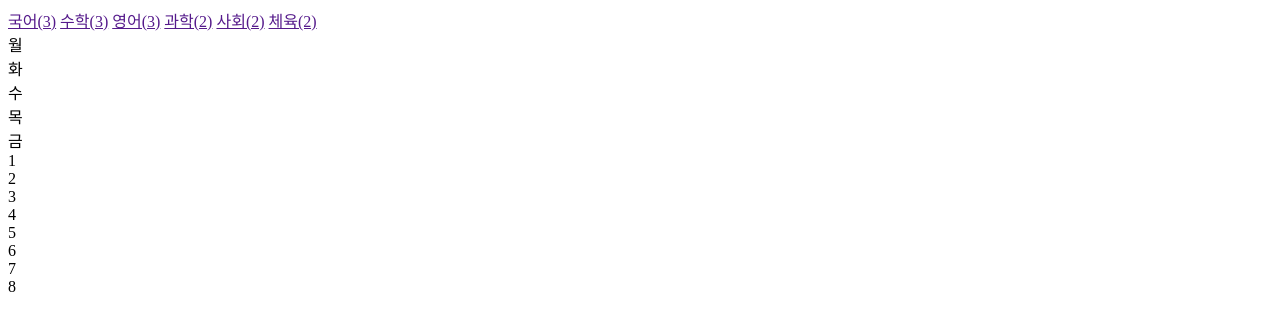
Repository: sh91c/jsp
Page: http://localhost/200701_SCORES/dragndrop/dragndrap_time.jsp
An editor plug-in stored every save of this project. The page is shown before and after the next save, followed by the edit.
The browser window is 1280 px wide. The pictures show the whole page.
Some web libraries are served in a nearby version. The page is served by Tomcat 9. Other server files are loaded and not shown.

Above is the page before, as saved 2020-07-10 06:23:44.

### 200701_SCORES/WebContent/dragndrop/dragndrap_time.jsp
<%@ page language="java" contentType="text/html; charset=UTF-8"
    pageEncoding="UTF-8"%>
<!DOCTYPE html>
<html>
<head>
<meta charset="UTF-8">
<title>Insert title here</title>
<style>
	#wrap{}
	.subrow
</style>
<script src="https://code.jquery.com/jquery-1.12.4.js"></script>
<script src="https://code.jquery.com/ui/1.12.1/jquery-ui.js"></script>
</head>
<body>
	<div id="wrap">
		<div id="subjects" class="subrow">
			<a href="" class="sub">국어(3)</a>
			<a href="" class="sub">수학(3)</a>
			<a href="" class="sub">영어(3)</a>
			<a href="" class="sub">과학(2)</a>
			<a href="" class="sub">사회(2)</a>
			<a href="" class="sub">체육(2)</a>
		</div>
		<div id="time" class="timerow">
			<div class="row">
				<div class="col"></div>
				<div class="col">월</div>
				<div class="col">화</div>
				<div class="col">수</div>
				<div class="col">목</div>
				<div class="col">금</div>
			</div>
			<div class="row">
				<div class="col">1</div>
				<div class="col"></div>
				<div class="col"></div>
				<div class="col"></div>
				<div class="col"></div>
				<div class="col"></div>
			</div>
			<div>
				<div class="col">2</div>
				<div class="col"></div>
				<div class="col"></div>
				<div class="col"></div>
				<div class="col"></div>
				<div class="col"></div>
			</div>
			<div>
				<div class="col">3</div>
				<div class="col"></div>
				<div class="col"></div>
				<div class="col"></div>
				<div class="col"></div>
				<div class="col"></div>
			</div>
			<div>
				<div class="col">4</div>
				<div class="col"></div>
				<div class="col"></div>
				<div class="col"></div>
				<div class="col"></div>
				<div class="col"></div>
			</div>
			<div class="row">
				<div class="col">5</div>
				<div class="col"></div>
				<div class="col"></div>
				<div class="col"></div>
				<div class="col"></div>
				<div class="col"></div>
			</div>
			<div class="row">
				<div class="col">6</div>
				<div class="col"></div>
				<div class="col"></div>
				<div class="col"></div>
				<div class="col"></div>
				<div class="col"></div>
			</div>
			<div class="row">
				<div class="col">7</div>
				<div class="col"></div>
				<div class="col"></div>
				<div class="col"></div>
				<div class="col"></div>
				<div class="col"></div>
			</div>
			<div class="row">
				<div class="col">8</div>
				<div class="col"></div>
				<div class="col"></div>
				<div class="col"></div>
				<div class="col"></div>
				<div class="col"></div>
			</div>
		</div>
	</div>
</body>
</html>

After the next save:
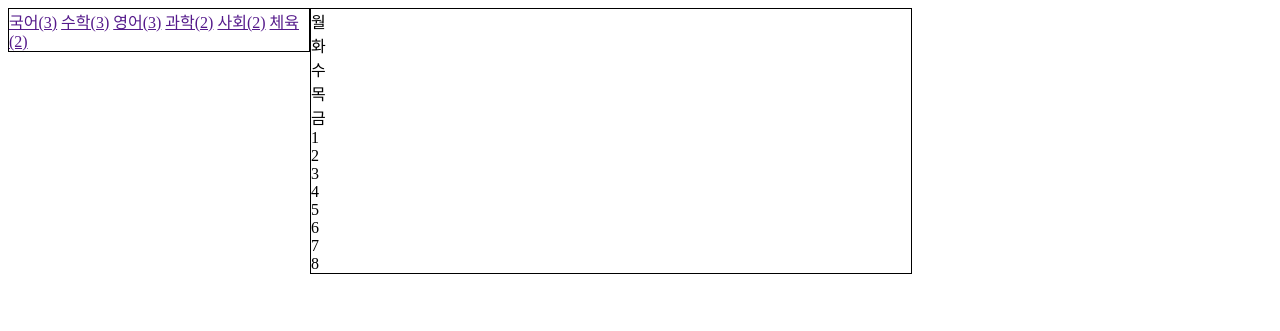
Saved 74 s later.
--- a/200701_SCORES/WebContent/dragndrop/dragndrap_time.jsp
+++ b/200701_SCORES/WebContent/dragndrop/dragndrap_time.jsp
@@ -6,8 +6,9 @@
 <meta charset="UTF-8">
 <title>Insert title here</title>
 <style>
-	#wrap{}
-	.subrow
+	#wrap{ clear: both; }
+	.subrow{ float: left; width: 300px; heigth: 500px; border: 1px solid black; }
+	.timerow{ float: left; width: 600px; heigth: 500px; border: 1px solid black; }
 </style>
 <script src="https://code.jquery.com/jquery-1.12.4.js"></script>
 <script src="https://code.jquery.com/ui/1.12.1/jquery-ui.js"></script>
